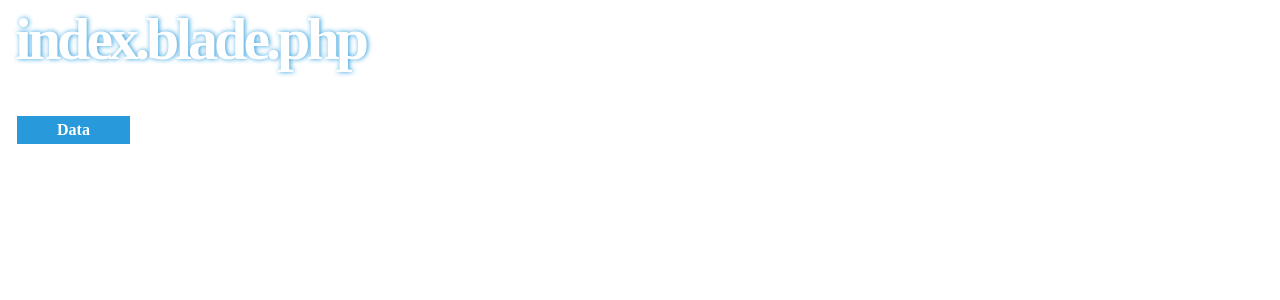
Repository: azuma2/Laravel
Page: http://localhost/
An editor plug-in stored every save of this project. The page is shown before and after the next save, followed by the edit.
The browser window is 1280 px wide. The pictures show the whole page.
The page is served by the project's Laravel application, run on PHP 8.4 with Laravel 8. Other server files are loaded and not shown. Queries for data that is not in the repository find no rows.

Above is the page before, as saved 2022-03-17 17:16:58.

### routes/web.php
<?php

use Illuminate\Support\Facades\Route;
use App\Http\Controllers\AuthorController;
use App\Http\Controllers\BookController;//追記


Route::prefix('book')->group(function () {//以下を追記
    Route::get('/', [BookController::class, 'index']);
    Route::get('/add', [BookController::class, 'add']);
    Route::post('/add', [BookController::class, 'create']);

});

Route::get('/relation', [AuthorController::class, 'relate']);
Route::get('/add', [AuthorController::class, 'add']);

Route::get('/session', [SessionController::class, 'getSes']);
Route::post('/session', [SessionController::class, 'postSes']);



Route::get('/', [AuthorController::class, 'index']);
Route::get('/add', [AuthorController::class, 'add']);
Route::post('/add', [AuthorController::class, 'create']);

### app/Http/Controllers/AuthorController.php
<?php

namespace App\Http\Controllers;

use Illuminate\Http\Request;
use App\Models\Author;
use Illuminate\Support\Facades\Auth;//追記

class AuthorController extends Controller

{
    public function index()
    {
        $user = Auth::user();
        $items = Author::paginate(4);
        $param = ['items' => $items, 'user' =>$user];
        return view('index', $param);
    }
    public function find()
    {
        return view('find', ['input' => '']);
    }
    public function search(Request $request)
    {
        $item = Author::where('name', 'LIKE',"%{$request->input}%")->first();
        $param = [
            'input' => $request->input,
            'item' => $item
        ];
        return view('find', $param);
    }
    public function bind(Author $author)
    {
        $data = [
            'item'=>$author,
        ];
        return view('author.binds', $data);
    }
    public function add()
    {
        return view('add');
    }
    public function create(Request $request)
    {
        $this->validate($request, Author::$rules);
        $form = $request->all();
        Author::create($form);
        return redirect('/');
    }
    public function edit(Request $request)
    {
        $author = Author::find($request->id);
        return view('edit', ['form' => $author]);
    }
    public function update(Request $request)
    {
        $this->validate($request, Author::$rules);
        $form = $request->all();
        unset($form['_token']);
        Author::where('id', $request->id)->update($form);
        return redirect('/');
    }
    public function delete(Request $request)
    {
        $author = Author::find($request->id);
        return view('delete', ['form' => $author]);
    }
    public function remove(Request $request)
    {
        Author::find($request->id)->delete();
        return redirect('/');
    }
    public function relate(Request $request) //追記
    {
        $hasItems = Author::has('book')->get();
        $noItems = Author::doesntHave('book')->get();
        $param = ['hasItems' => $hasItems, 'noItems' => $noItems];
        return view('author.index',$param);
    }
}

### app/Models/Author.php
<?php


namespace App\Models;

use Illuminate\Database\Eloquent\Factories\HasFactory;
use Illuminate\Database\Eloquent\Model;

class Author extends Model
{
    use HasFactory;

    protected $fillable = ['name', 'age', 'nationality'];

    public static $rules = array(
        'name' => 'required',
        'age' => 'integer|min:0|max:150',
        'nationality' => 'required'
    );
    public function getDetail()
    {
        $txt = 'ID:'.$this->id . ' ' . $this->name . '(' . $this->age .  '才'.') '.$this->nationality;
        return $txt;
    }
    public function book(){
        return $this->hasOne('App\Models\Book');
    }
    public function books(){
     return $this->hasMany('App\Models\Book');
}
}

### resources/views/index.blade.php
@extends('layouts.default')
<style>
    th {
      background-color: #289ADC;
      color: white;
      padding: 5px 40px;
    }
    tr:nth-child(odd) td{
      background-color: #FFFFFF;
    }
    td {
      padding: 25px 40px;
      background-color: #EEEEEE;
      text-align: center;
    }
    svg.w-5.h-5 {  /*paginateメソッドの矢印の大きさ調整のために追加*/
    width: 30px;
    height: 30px;
    }
</style>
@section('title', 'index.blade.php')

@section('content')
<table>
  <tr>
    <th>Data</th>
  </tr>
  @foreach ($items as $item)
  <tr>
    <td>
      {{$item->getDetail()}}
    </td>
  </tr>
  @endforeach
</table>
{{ $items->links() }}
@endsection

### resources/views/layouts/default.blade.php
<!DOCTYPE html>
<html lang="ja">
<head>
    <meta charset="UTF-8">
    <meta name="viewport" content="width=device-width, initial-scale=1.0">
    <title>@yield('title')</title>
    <style>
    body {
      font-size:16px;
      margin: 5px;
    }
    h1 {
      font-size:60px;
      color:white;
      text-shadow:1px 0 5px #289ADC;
      letter-spacing:-4px;
      margin-left: 10px
    }
    .content {
      margin:10px;
    }
    </style>
  </head>
  <body>
    <h1>@yield('title')</h1>
    <div class="content">
    @yield('content')
    </div>
</body>
</html>

Loaded but not shown: app/Http/Controllers/Controller.php (common file)

After the next save:
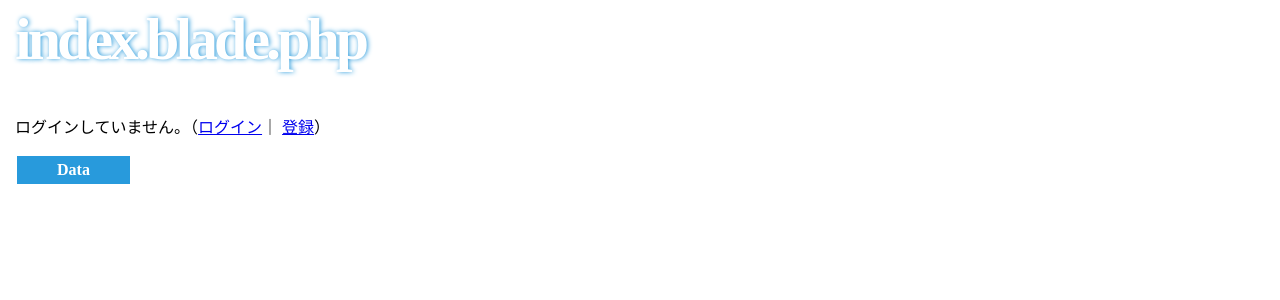
Saved 35 s later.
--- a/resources/views/index.blade.php
+++ b/resources/views/index.blade.php
@@ -21,6 +21,12 @@
 @section('title', 'index.blade.php')
 
 @section('content')
+@if (Auth::check())
+<p>ログイン中ユーザー: {{$user->name . ' メール' . $user->email . ''}}</p>
+@else
+<p>ログインしていません。（<a href="/login">ログイン</a>｜
+  <a href="/register">登録</a>）</p>
+@endif
 <table>
   <tr>
     <th>Data</th>
